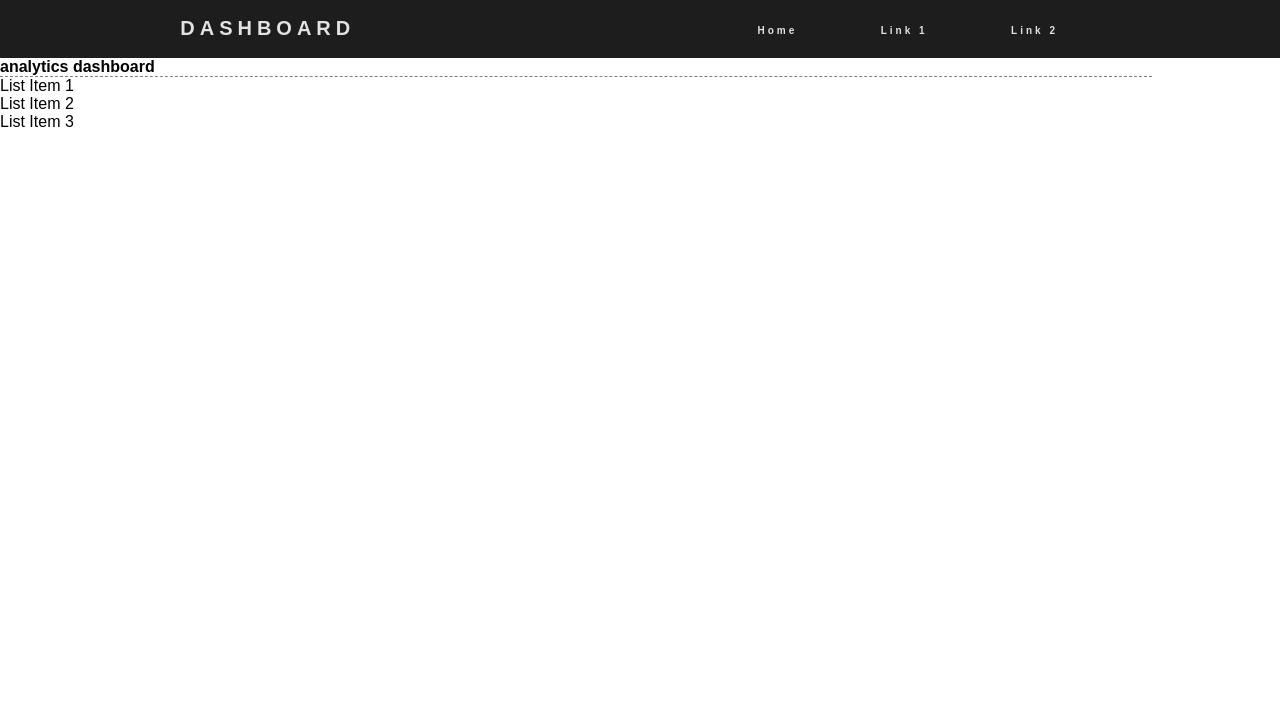
Repository: nourabdelhakam/drag-drop
Page: index.html
These files come from the project's save history. The page is drawn as it stood at one moment and after the next save; the edit follows.
The browser window is 1280 px wide. The pictures show the whole page.

Above is the page before, as saved 2020-07-03 08:31:28.

After the next save:
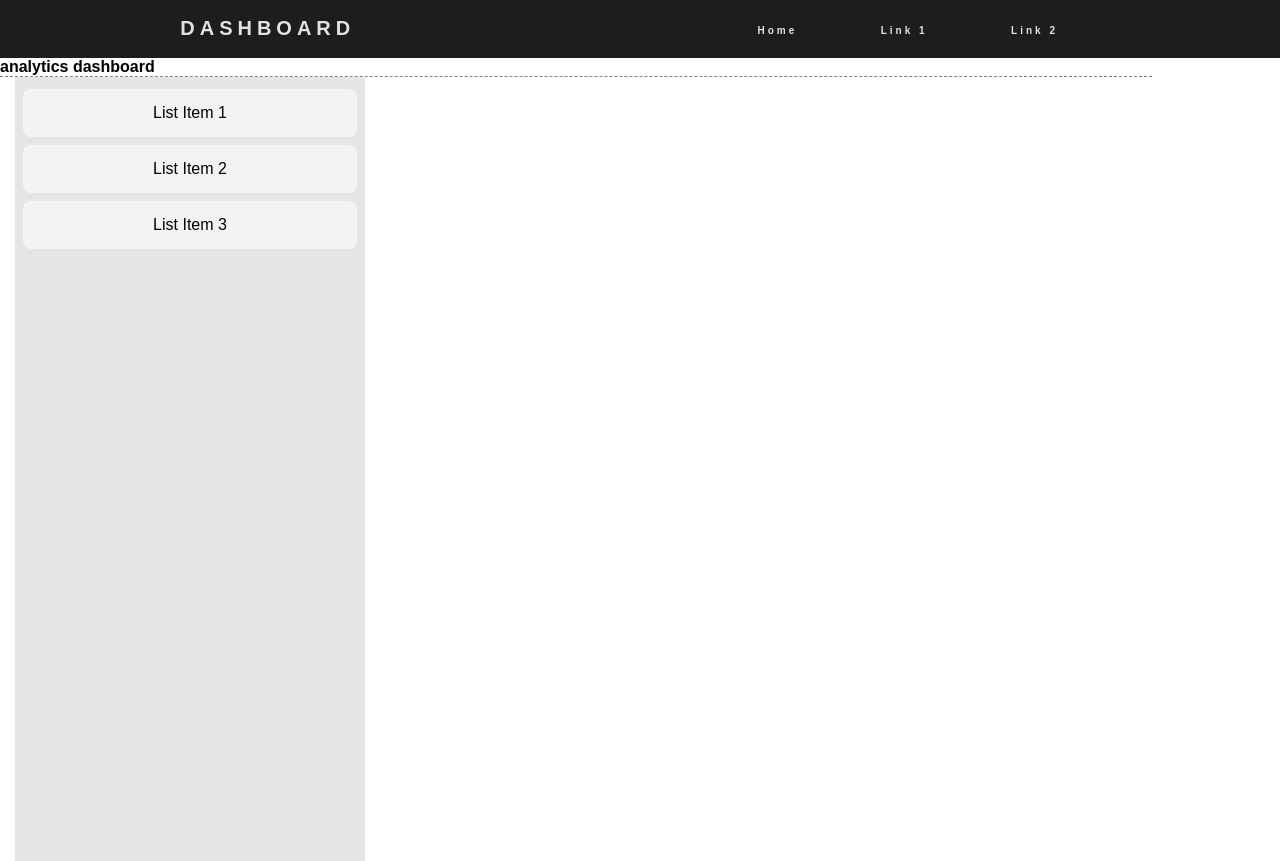
Saved 3 min 13 s later.
--- a/css/main.css
+++ b/css/main.css
@@ -19,7 +19,7 @@ body {
     width: 100%;
     /* overflow: scroll; */
 }
-.lists .list {
+.list {
     display: flex;
     flex-flow: column;
     flex: 1;
@@ -35,10 +35,8 @@ body {
     padding: 8px;
     transition: all 0.2s linear;
 }
-.lists  .left {
-    background-color: none;
-}
-.lists .list .list-item {
+
+.list .list-item {
     background-color: #F3F3F3;
     border-radius: 8px;
     padding: 15px 20px;

After the save that followed:
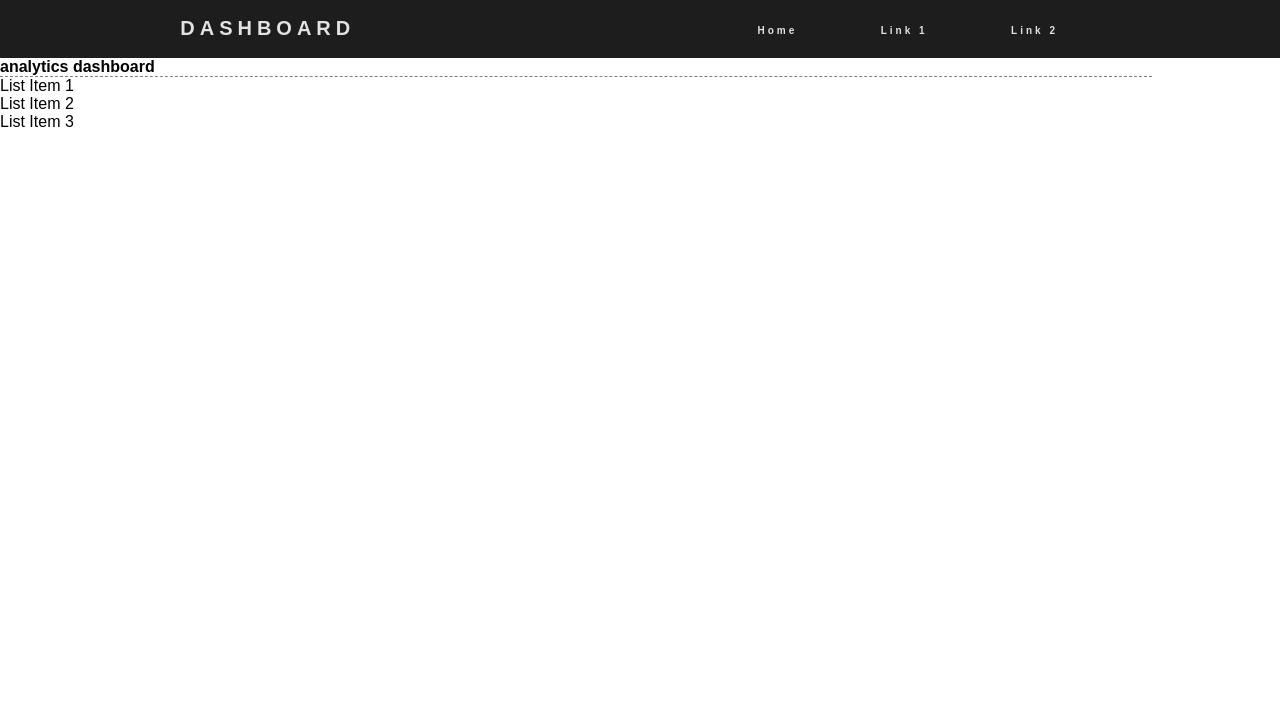
Saved 107 s later.
--- a/css/main.css
+++ b/css/main.css
@@ -19,7 +19,7 @@ body {
     width: 100%;
     /* overflow: scroll; */
 }
-.list {
+.lists .list {
     display: flex;
     flex-flow: column;
     flex: 1;
@@ -36,7 +36,7 @@ body {
     transition: all 0.2s linear;
 }
 
-.list .list-item {
+.lists .list .list-item {
     background-color: #F3F3F3;
     border-radius: 8px;
     padding: 15px 20px;
